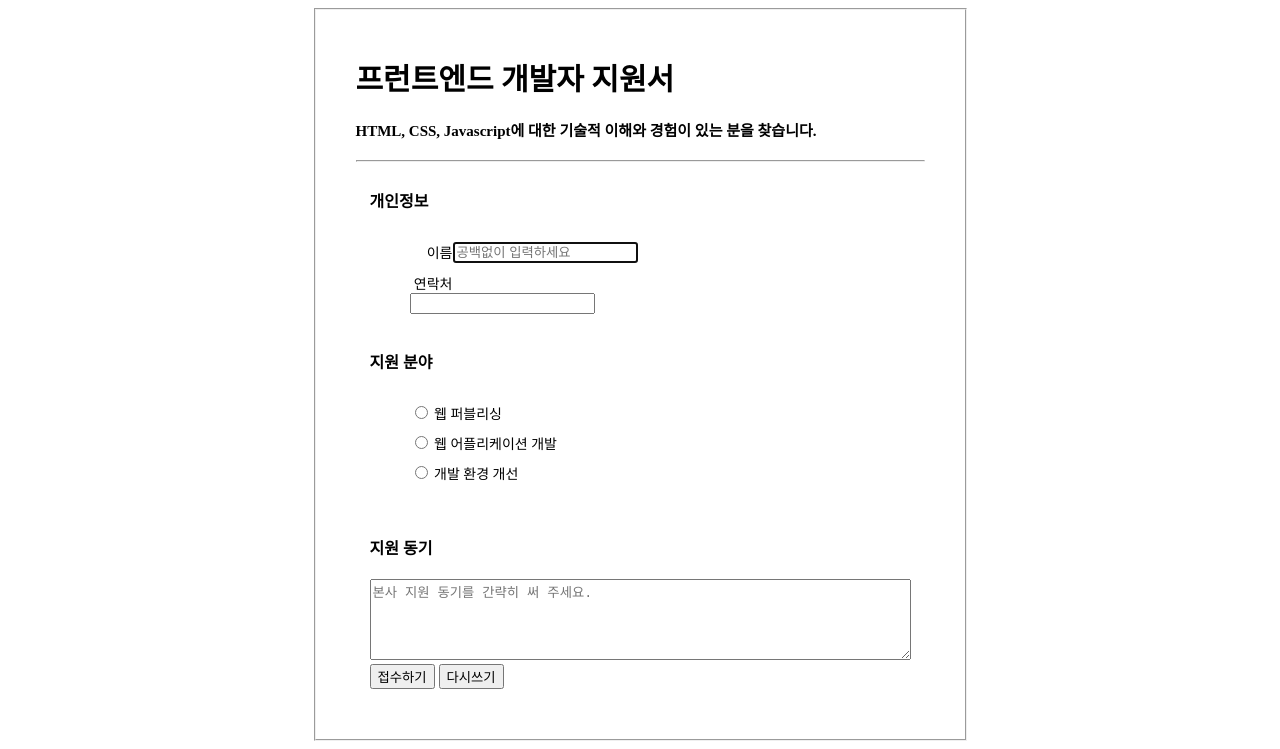
Repository: ygs3004/StudyHTML_CSS
Page: web project 01/src/main/webapp/chapter05/exam05_20.html
The author's editor kept a copy of each file at every save. The page is drawn from the files as they stood at one save, then again after the next save.
The browser window is 1280 px wide. The pictures show the whole page.

Above is the page before, as saved 2022-08-09 06:00:40.

### web project 01/src/main/webapp/chapter05/exam05_20.html
<!DOCTYPE html>
<html>
<head>
<meta charset="UTF-8">
<title>Insert title here</title>
<style type="text/css">
	li{
		list-style: none;
		margin:10px 0px ;
		font-size : 14px;
		font-weight : normal;
	}
	ul{
		margin-top : 30px;
	}
	.main{
		width:480px;
		margin : auto;
		padding-top: 25px;
		padding-left: 40px;
		padding-right: 40px;
		padding-bottom: 40px;
		font-size :15px;
	}

	.body{
		margin-top :20px;
		font-size : 16px;
		font-weight : bold;
		border:0 none;
		text-align : left;
		width : 480px;
	}

	textarea{
		margin-top : 20px;
	}

	.reg{
		float : left;
		text-align : right;
		width : 43px;
	}

</style>
</head>
<body>
<form action="">
<fieldset class = "main">
<h1>프런트엔드 개발자 지원서</h1>
<h4>HTML, CSS, Javascript에 대한 기술적 이해와 경험이 있는 분을 찾습니다.</h4>
<hr></hr>
	<fieldset class ="body">개인정보
		<ul>
			<li>
				<label class="reg" for="name">이름</label>
				<input type="text" id="name" placeholder="공백없이 입력하세요" autofocus>
			</li>
			<li>
				<label class="reg" for="phone">연락처
				<input type="tel" id="phone"> </label>
			</li>
		</ul>
	</fieldset>
	<fieldset class ="body">지원 분야
		<ul>
			<li>
			<input type="radio" id="publishing" ><label for = "publishing"> 웹 퍼블리싱</label>
			</li>
			<li><input type="radio" id="application" ><label for = "application"> 웹 어플리케이션 개발</label>
			</li>
			<li><input type="radio" id="improving" ><label for = "improving"> 개발 환경 개선</label>
			</li>
		</ul>
	</fieldset>
	<fieldset class ="body"> 지원 동기<br>
			<textarea rows="5" cols="65" name="motivation" placeholder="본사 지원 동기를 간략히 써 주세요."></textarea>
			<br>
			<input type="submit" value="접수하기">
			<input type="reset" value="다시쓰기">
	</fieldset>
</fieldset>
</form>
</body>
</html>

After the next save:
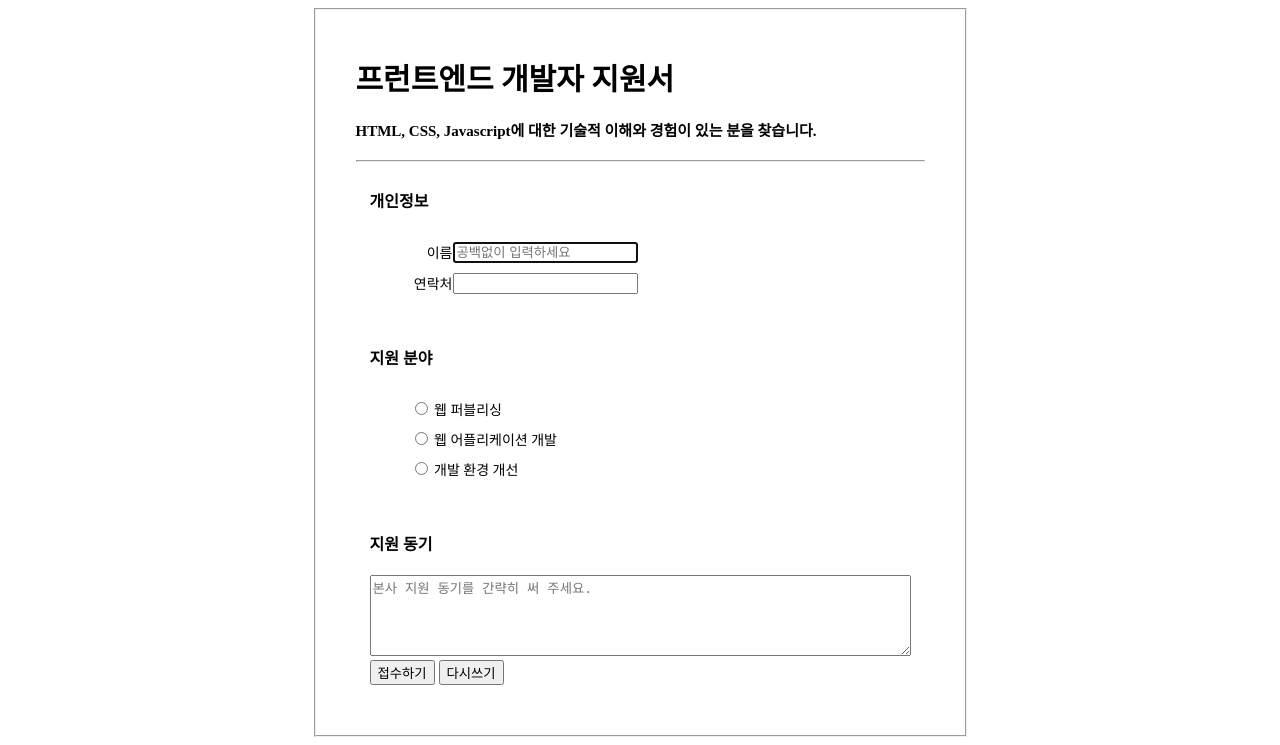
Saved 20 s later.
--- a/web project 01/src/main/webapp/chapter05/exam05_20.html
+++ b/web project 01/src/main/webapp/chapter05/exam05_20.html
@@ -57,8 +57,8 @@
 				<input type="text" id="name" placeholder="공백없이 입력하세요" autofocus>
 			</li>
 			<li>
-				<label class="reg" for="phone">연락처
-				<input type="tel" id="phone"> </label>
+				<label class="reg" for="phone">연락처</label>
+				<input type="tel" id="phone">
 			</li>
 		</ul>
 	</fieldset>
